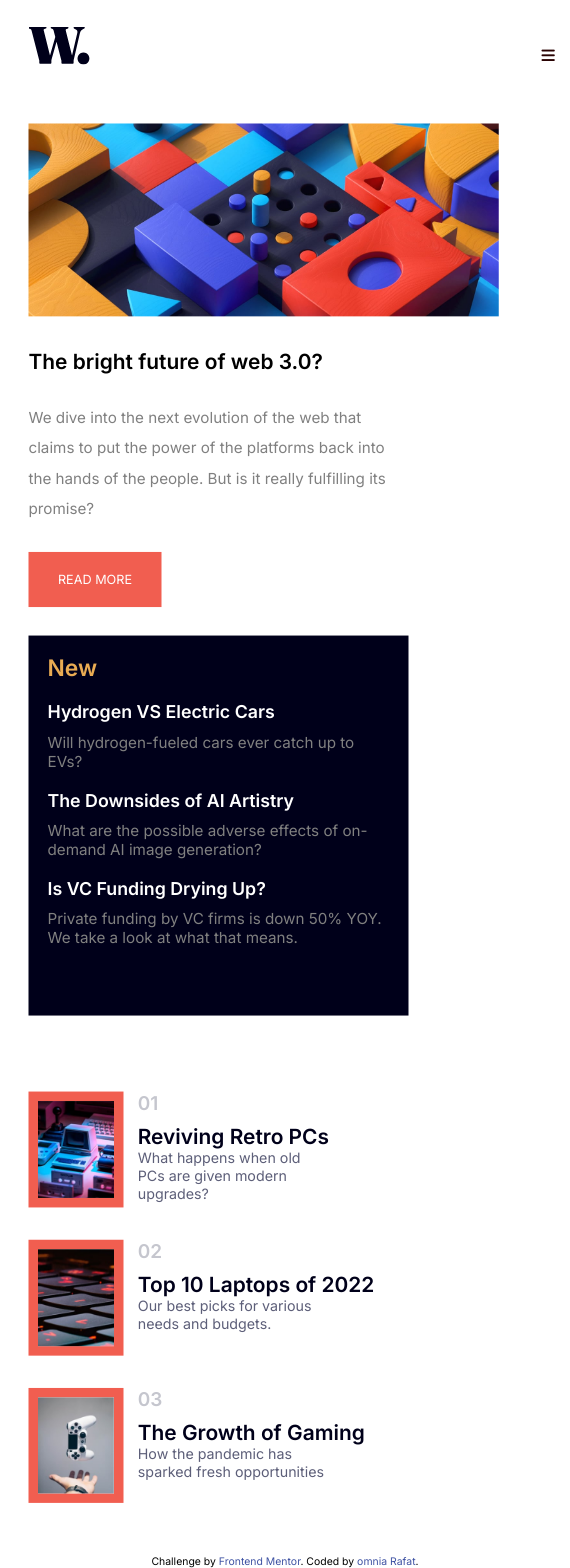
Repository: OmniaRafat232111121/HomePage
Page: index.html
These files come from the project's save history. The page is drawn as it stood at one moment and after the next save; the edit follows.
The browser window is 600 px wide. The pictures show the whole page, at 95% of full size.
After loading, the first visible `#menu-btn` was clicked once.

Above is the page before, as saved 2022-12-17 23:33:48.

After the next save:
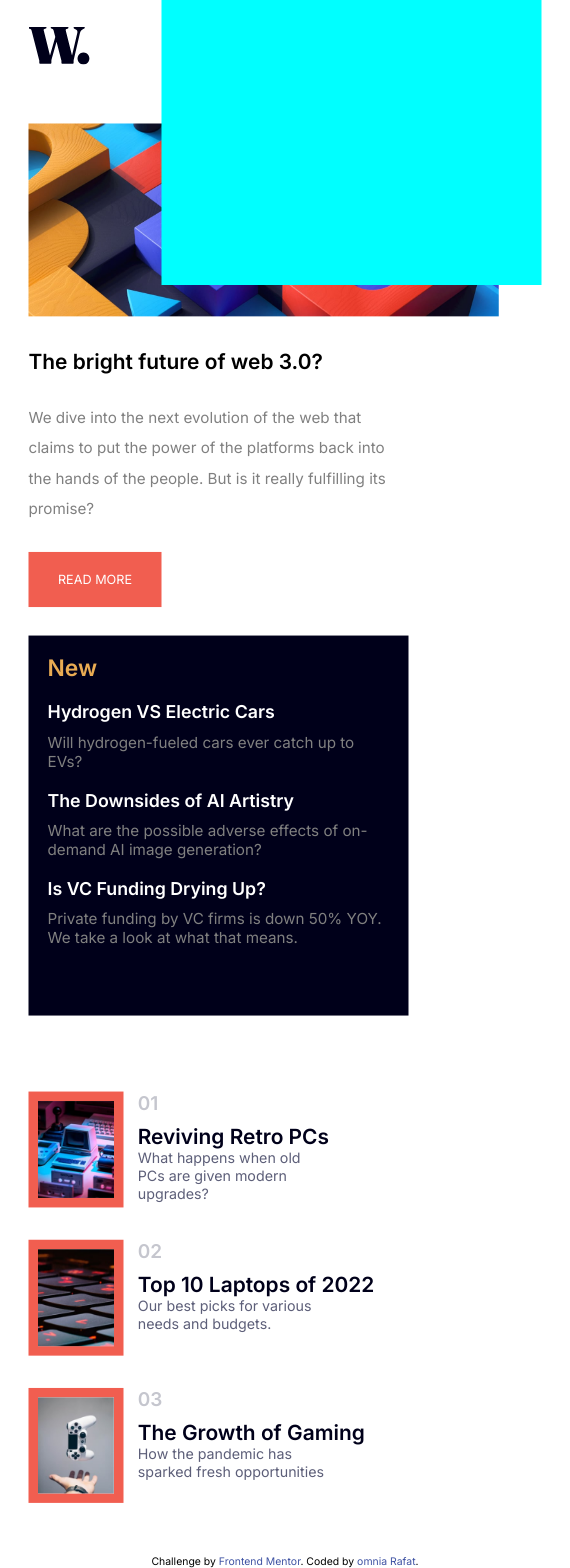
Saved 11 s later.
--- a/style.css
+++ b/style.css
@@ -194,5 +194,7 @@ gap: 30px;
     }
    .navbar.active {
     background-color: aqua;
+    width:400px;
+    height:500px;
    }
 }
